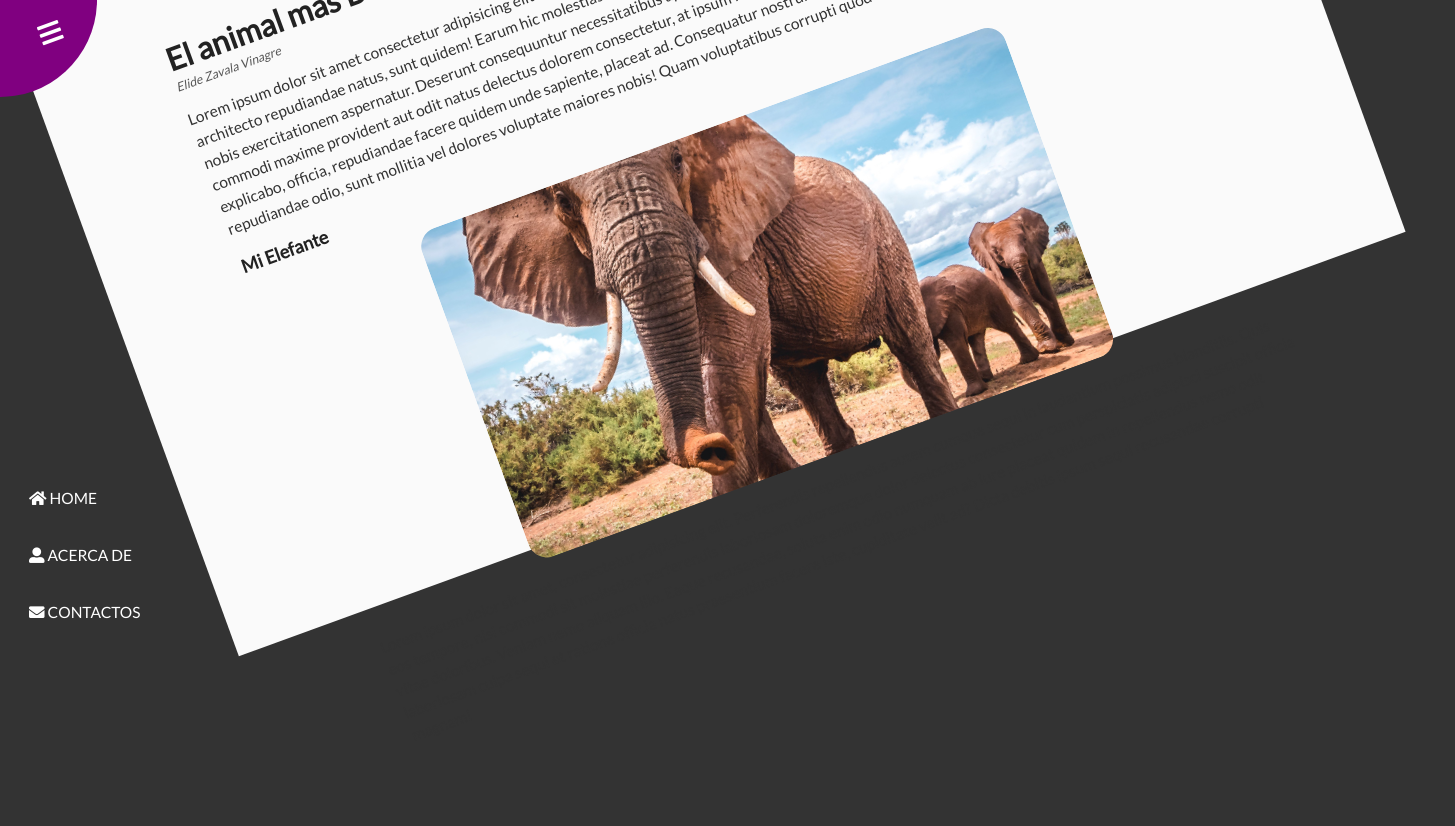
Repository: ElideZavala/Navagacion-en-rotacion
Page: index.html
An editor plug-in stored every save of this project. The page is shown before and after the next save, followed by the edit.
The browser window is 1280 px wide. The page is 1500 px wide, so the pictures cover 1500 px, including what lies to the right of the window. The pictures show the whole page, at 97% of full size.

Above is the page before, as saved 2021-05-29 09:57:48.

After the next save:
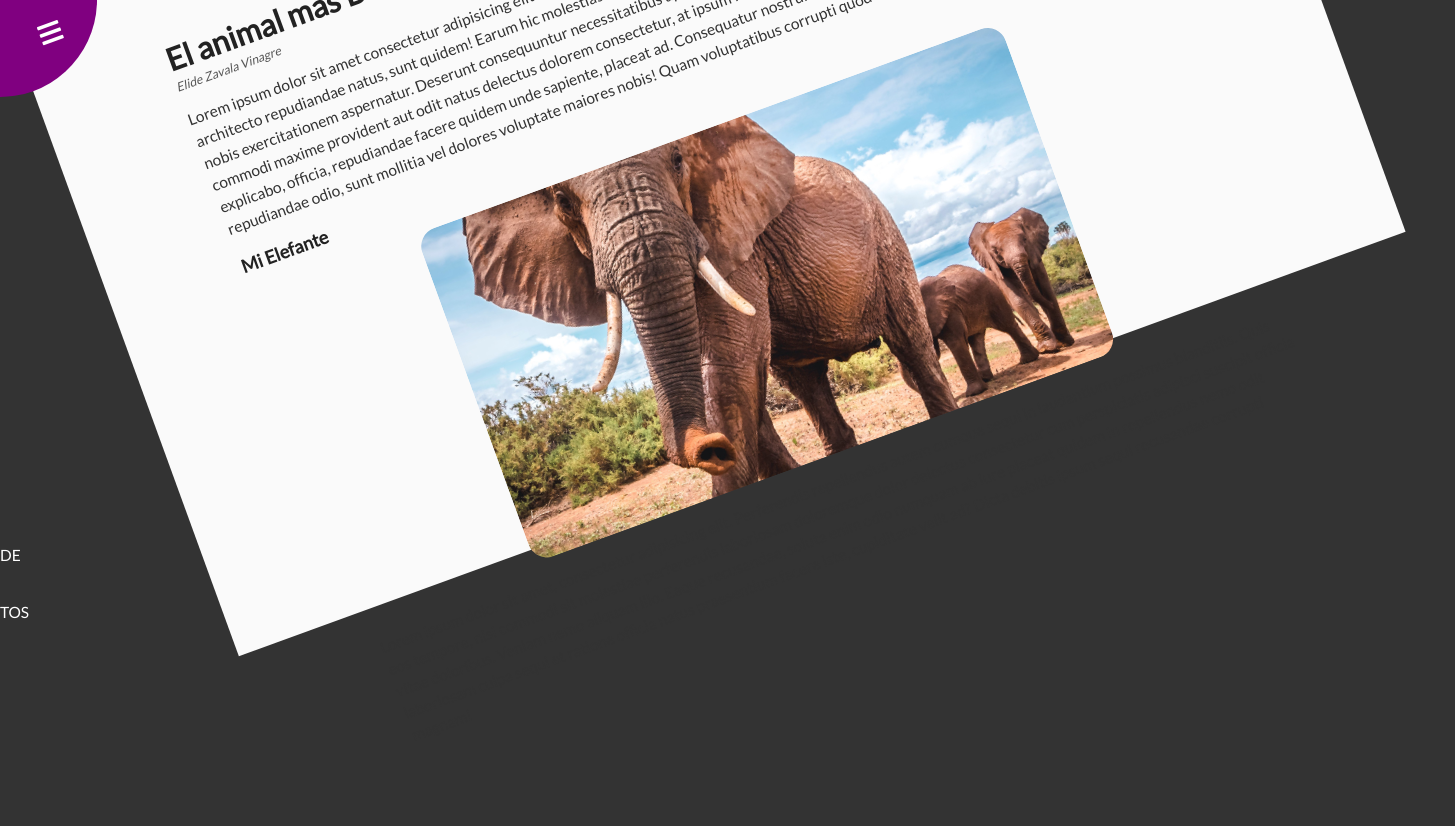
Saved 72 s later.
--- a/style.css
+++ b/style.css
@@ -92,6 +92,7 @@
 	text-transform: uppercase;
 	color: #fff;
 	margin: 40px 0;
+	transform: translateX(-100%);
 }
 
 .content {

After the 2 saves that followed:
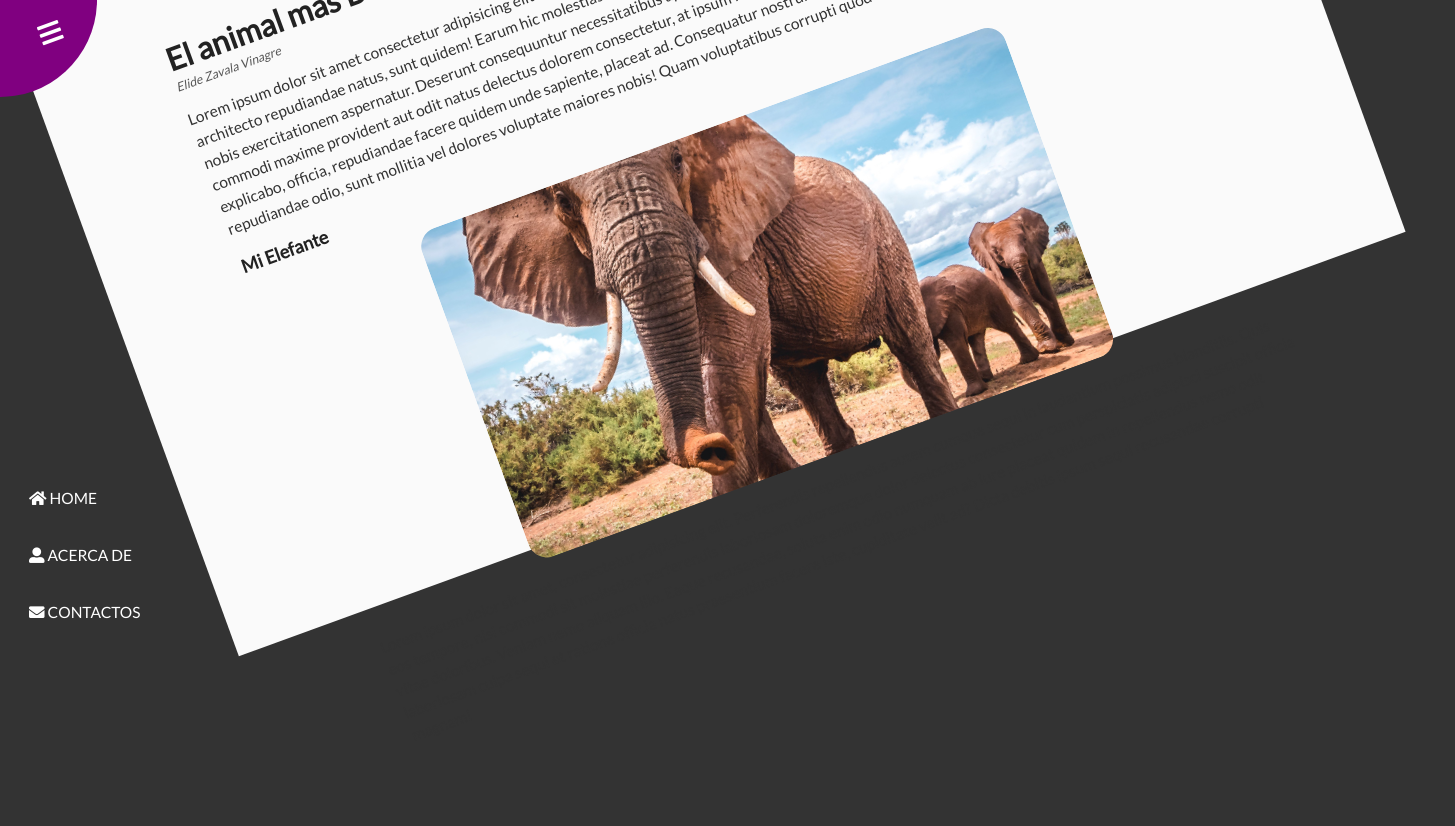
The 2 saves are shown as one change because 1 left the picture as it was.
The last was saved 3 min 28 s later.
--- a/style.css
+++ b/style.css
@@ -92,7 +92,8 @@
 	text-transform: uppercase;
 	color: #fff;
 	margin: 40px 0;
-	transform: translateX(-100%);
+	/* transform: translateX(-100%); */
+	transition: transform 0.4s ease-in;
 }
 
 .content {
